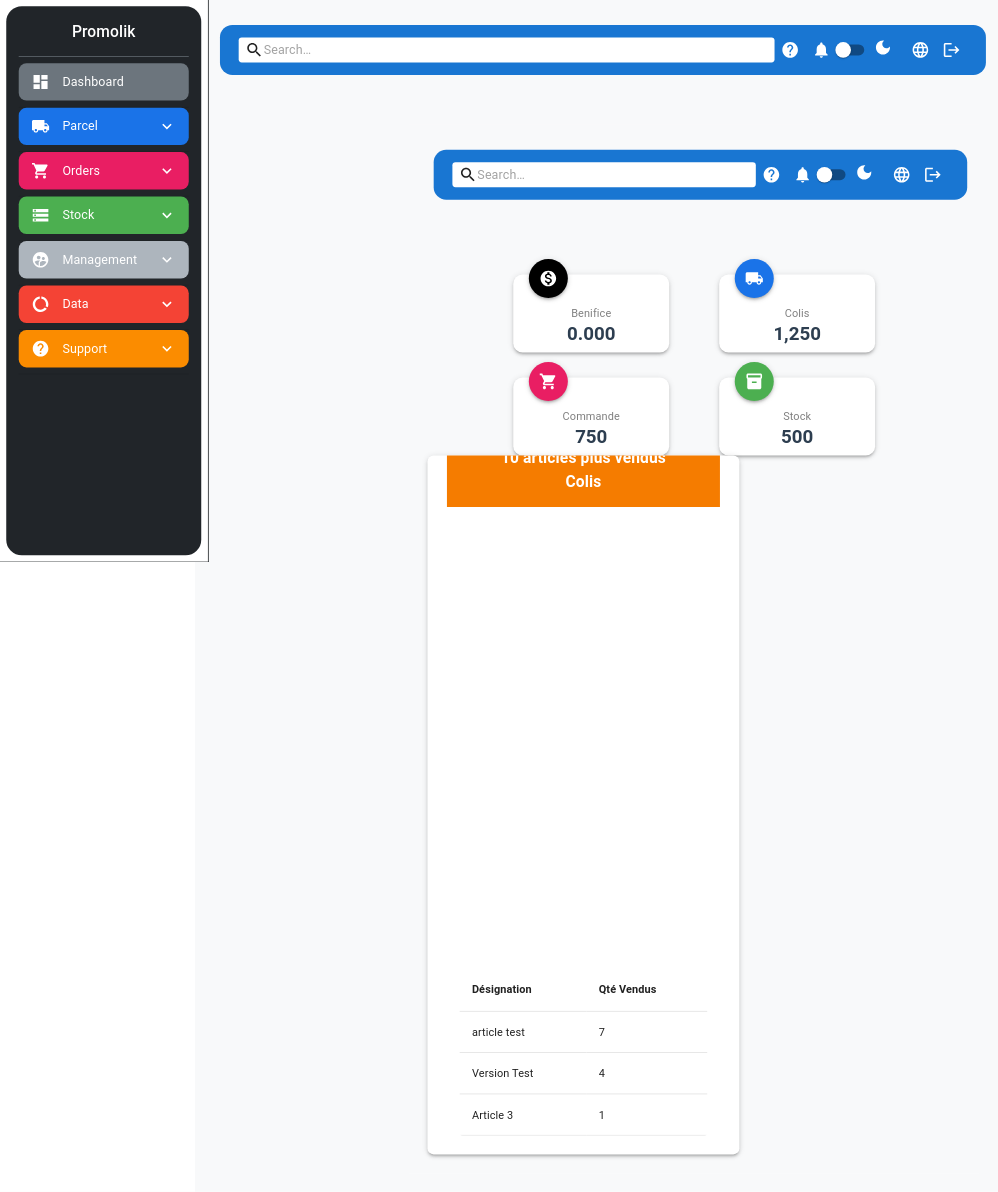
Repository: yosrjdly/stk
Page: /dashboard (app in dashboard/)
An editor plug-in stored every save of this project. The page is shown before and after the next save, followed by the edit.
The browser window is 1280 px wide. The pictures show the whole page, at 78% of full size.
The project was rebuilt for these pictures with package versions that can differ from the ones it lists, and the page was loaded fresh each time. The framework's server and built-in components were replaced by stand-ins that run in the browser. Also part of the build but not shown: dashboard/next.config.ts.

Above is the page before, as saved 2025-02-14 18:22:58.

### dashboard/src/app/dashboard/Layout.tsx
"use client";

import { Box, CssBaseline, Toolbar } from "@mui/material";
import Sidebar from "../../componenets/sidebar/SideBar";
import Navbar from "../../componenets/navbar/Navbar"; // Assuming you have a Navbar component
import { ReactNode } from "react";

interface LayoutProps {
  children: ReactNode;
}

export default function Layout({ children }: LayoutProps) {
  return (
    <Box sx={{ display: "flex" }}>
      <CssBaseline />

      {/* Sidebar (Permanent) */}
      <Sidebar />

      {/* Main Content Area */}
      <Box
        component="main"
        sx={{

          flexGrow: 1,
          p: 3,
          width: `calc(100% - 250px)`, // Adjusting main content width to fit sidebar
          backgroundColor: "#f8f9fa",
          minHeight: "100vh",
        }}
      >
        {/* Navbar */}
        <Navbar />

        {/* Page Content */}
        <Toolbar /> {/* Keeps content from being hidden behind Navbar */}
        {children}
      </Box>
    </Box>
  );
}

### dashboard/src/app/dashboard/page.tsx
import DashboardStats from "@/componenets/cards/smallCard/StatisticCard";
import Layout from "../dashboard/Layout";
import TopSellingCard from "@/componenets/cards/mediumCard/TopSellingCard";

export default function DashboardHome() {
  return (
    <Layout>
    <DashboardStats/>
    <TopSellingCard/>
    </Layout>
  );
}

### dashboard/src/componenets/sidebar/SideBar.tsx
"use client";

import { useState } from "react";
import { useRouter, usePathname } from "next/navigation";
import {
  Drawer,
  List,
  ListItemButton,
  ListItemText,
  Collapse,
  Divider,
  Typography,
  Box,
  IconButton,
} from "@mui/material";
import { ExpandLess, ExpandMore, Brightness4, Brightness7 } from "@mui/icons-material";
import DashboardIcon from '@mui/icons-material/Dashboard';
import LocalShippingIcon from '@mui/icons-material/LocalShipping';
import ShoppingCartIcon from '@mui/icons-material/ShoppingCart';
import StorageIcon from '@mui/icons-material/Storage';
import SupervisedUserCircleIcon from '@mui/icons-material/SupervisedUserCircle';
import DataUsageIcon from '@mui/icons-material/DataUsage';
import HelpIcon from '@mui/icons-material/Help';

const menuItems = [
  {
    title: "Dashboard",
    path: "/dashboard",
    color: "#6c757d",
    icon: <DashboardIcon />,
  },
  {
    title: "Parcel",
    subItems: [
      { title: "Exchange List", path: "/dashboard/parcel/exchangeList" },
      { title: "Exchange Return", path: "/dashboard/parcel/exchangeReturn" },
      { title: "Exchange Creation", path: "/dashboard/parcel/exchangeCreation" },
      { title: "Package Creation", path: "/dashboard/parcel/packageCreation" },
      { title: "Package Edit", path: "/dashboard/parcel/packageEdit" },
      { title: "Package List", path: "/dashboard/parcel/packageList" },
      { title: "Parcel Return", path: "/dashboard/parcel/parcelReturn" },
    ],
    color: "#1a73e8",
    icon: <LocalShippingIcon />,
  },
  {
    title: "Orders",
    subItems: [
      { title: "Cash Sale", path: "/dashboard/orders/cashSale" },
      { title: "Orders", path: "/dashboard/orders/orders" },
    ],
    color: "#e91e63",
    icon: <ShoppingCartIcon />,
  },
  {
    title: "Stock",
    subItems: [
      { title: "Add Article", path: "/dashboard/stock/addArticle" },
      { title: "Entred Stock", path: "/dashboard/stock/entredStock" },
      { title: "Notification", path: "/dashboard/stock/notification" },
      { title: "Stock", path: "/dashboard/stock/stock" },
    ],
    color: "#4caf50",
    icon: <StorageIcon />,
  },
  {
    title: "Management",
    subItems: [
      { title: "Delivery Company", path: "/manegement/deliveryCompany" },
      { title: "Profile", path: "/dashboard/management/profile" },
      { title: "Profit", path: "/dashboard/management/profit" },
      { title: "Spending", path: "/dashboard/management/spending" },
      { title: "User", path: "/dashboard/management/user" },
    ],
    color: "#adb5bd",
    icon: <SupervisedUserCircleIcon />,
  },
  {
    title: "Data",
    subItems: [
      { title: "Archived Parcel", path: "/dashboard/data/archivedParcel" },
      { title: "Command Deleted", path: "/dashboard/data/commandDeleted" },
      { title: "Deleted Parcel", path: "/dashboard/data/deletedParcel" },
      { title: "Inventory Removed", path: "/dashboard/data/inventoryRemoved" },
    ],
    color: "#f44335",
    icon: <DataUsageIcon />,
  },
  {
    title: "Support",
    subItems: [
      { title: "About Us", path: "/dashboard/support/aboutUs" },
      { title: "Claims", path: "/dashboard/support/claims" },
      { title: "User Guide", path: "/dashboard/support/userGuide" },
    ],
    color: "#fb8c00",
    icon: <HelpIcon />,
  },
];

export default function Sidebar() {
  const router = useRouter();
  const pathname = usePathname();
  const [openSections, setOpenSections] = useState<Record<string, boolean>>({});

  const toggleSection = (title: string) => {
    setOpenSections((prev) => ({
      ...prev,
      [title]: !prev[title],
    }));
  };

  return (
    <Drawer variant="permanent" sx={{ width: 250, flexShrink: 0, marginTop: 2 }}>
      <Box sx={{ height: "100%", width: 250, padding: 2, backgroundColor: "#212529", borderRadius: 5, margin: 1 }}>
        <Typography variant="h6" sx={{ color: "white", textAlign: "center", mb: 2 }}>
          Promolik
        </Typography>
        <Divider sx={{ backgroundColor: "#6c757d" }} />
        <List>
          {menuItems.map((item, index) => {
            const isParentActive = item.subItems?.some((subItem) => pathname === subItem.path);

            return (
              <div key={index}>
                {item.subItems ? (
                  <>
                    <ListItemButton
                      sx={{
                        backgroundColor: item.color,
                        borderRadius: "10px",
                        marginBottom: 1,
                        color: "white",
                      }}
                      onClick={() => toggleSection(item.title)}
                    >
                      {item.icon}
                      <ListItemText primary={item.title} sx={{ ml: 2 }} />
                      {openSections[item.title] ? <ExpandLess /> : <ExpandMore />}
                    </ListItemButton>
                    <Collapse in={openSections[item.title]} timeout="auto" unmountOnExit>
                      <List component="div" disablePadding>
                        {item.subItems.map((subItem, subIndex) => (
                          <ListItemButton
                            key={subIndex}
                            sx={{
                              pl: 4,
                              backgroundColor: pathname === subItem.path ? item.color : "transparent",
                              borderRadius: pathname === subItem.path ? "10px" : "0px",
                              marginBottom: 1,
                              color: pathname === subItem.path ? "white" : "#ccc",
                            }}
                            onClick={() => router.push(subItem.path)}
                          >
                            <ListItemText primary={subItem.title} />
                          </ListItemButton>
                        ))}
                      </List>
                    </Collapse>
                  </>
                ) : (
                  <ListItemButton
                    sx={{
                      backgroundColor: pathname === item.path ? item.color : "transparent",
                      borderRadius: pathname === item.path ? "10px" : "0px",
                      marginBottom: 1,
                      color: pathname === item.path ? "white" : "#ccc",
                    }}
                    onClick={() => router.push(item.path)}
                  >
                    {item.icon}
                    <ListItemText primary={item.title} sx={{ ml: 2 }} />
                  </ListItemButton>
                )}
                <Divider />
              </div>
            );
          })}
        </List>
      </Box>
    </Drawer>
  );
}

### dashboard/src/componenets/navbar/Navbar.tsx
'use client';

import React, { useState } from 'react';
import { AppBar, Toolbar, IconButton, InputBase, Menu, MenuItem, Switch, FormControlLabel } from '@mui/material';
import { Search as SearchIcon, Help as HelpIcon, Notifications as NotificationsIcon, Language as LanguageIcon, Logout as LogoutIcon, DarkMode as DarkModeIcon } from '@mui/icons-material';
import { useTheme } from '@mui/material/styles';

const Navbar = () => {
  const [anchorEl, setAnchorEl] = useState(null);
  const [themeMode, setThemeMode] = useState(false); // Dark mode state

  const theme = useTheme();

  const handleMenuOpen = (event) => {
    setAnchorEl(event.currentTarget);
  };

  const handleMenuClose = () => {
    setAnchorEl(null);
  };

  const toggleTheme = () => {
    setThemeMode((prev) => !prev);
    // You can add a theme switcher logic here (like changing the theme color)
  };

  return (
    <AppBar
      position="sticky"
      sx={{
        mx: 1,
        mt: 1,
        borderRadius: '16px',
        boxShadow: 'none',
        backdropFilter: 'blur(10ppx',
        zIndex: 1200,
      }}
    >
      <Toolbar>
        {/* Search Bar */}
        <InputBase
          placeholder="Search…"
          startAdornment={<SearchIcon />}
          sx={{ flexGrow: 1, backgroundColor: theme.palette.background.default, borderRadius: '4px', paddingLeft: '8px' }}
        />

        {/* Help Icon */}
        <IconButton color="inherit" onClick={handleMenuOpen}>
          <HelpIcon />
        </IconButton>

        {/* Notifications Icon */}
        <IconButton color="inherit">
          <NotificationsIcon />
        </IconButton>

        {/* Theme Switch */}
        <FormControlLabel
          control={<Switch checked={themeMode} onChange={toggleTheme} />}
          label={<DarkModeIcon />}
        />

        {/* Language Icon */}
        <IconButton color="inherit">
          <LanguageIcon />
        </IconButton>

        {/* Logout Icon */}
        <IconButton color="inherit">
          <LogoutIcon />
        </IconButton>
      </Toolbar>

      {/* Help Icon Menu */}
      <Menu
        anchorEl={anchorEl}
        open={Boolean(anchorEl)}
        onClose={handleMenuClose}
      >
        <MenuItem onClick={handleMenuClose}>Help Center</MenuItem>
        <MenuItem onClick={handleMenuClose}>Contact Support</MenuItem>
      </Menu>
    </AppBar>
  );
};

export default Navbar;

### dashboard/src/componenets/cards/smallCard/StatisticCard.tsx
'use client';

import React from 'react';
import { Card, CardContent, Typography, Box } from '@mui/material';
import MonetizationOnIcon from '@mui/icons-material/MonetizationOn';
import LocalShippingIcon from '@mui/icons-material/LocalShipping';
import ShoppingCartIcon from '@mui/icons-material/ShoppingCart';
import InventoryIcon from '@mui/icons-material/Inventory';

const StatisticCard = ({
  title,
  value,
  icon,
  bgColor,
}: {
  title: string;
  value: string;
  icon: React.ReactNode;
  bgColor: string;
}) => {
  return (
    <Box sx={{ position: 'relative', display: 'inline-block', mx: 2 }}>
      {/* Floating Icon */}
      <Box
        sx={{
          position: 'absolute',
          top: -20,
          left: 20,
          width: 50,
          height: 50,
          borderRadius: '50%',
          backgroundColor: bgColor,
          display: 'flex',
          alignItems: 'center',
          justifyContent: 'center',
          boxShadow: 3,
        }}
      >
        {icon}
      </Box>

      {/* Card */}
      <Card
        sx={{
          width: 200,
          height: 100,
          borderRadius: 3,
          textAlign: 'center',
          boxShadow: 3,
          backgroundColor: 'white',
          pt: 3,
        }}
      >
        <CardContent>
          <Typography variant="body2" sx={{ color: 'gray' }}>
            {title}
          </Typography>
          <Typography variant="h5" sx={{ fontWeight: 'bold', color: '#2D3E50' }}>
            {value}
          </Typography>
        </CardContent>
      </Card>
    </Box>
  );
};

const DashboardStats = () => {
  const stats = [
    { title: 'Benifice', value: '0.000', icon: <MonetizationOnIcon sx={{ color: 'white' }} />, bgColor: 'black' },
    { title: 'Colis', value: '1,250', icon: <LocalShippingIcon sx={{ color: 'white' }} />, bgColor: '#1a73e8' },
    { title: 'Commande', value: '750', icon: <ShoppingCartIcon sx={{ color: 'white' }} />, bgColor: '#e91e63' },
    { title: 'Stock', value: '500', icon: <InventoryIcon sx={{ color: 'white' }} />, bgColor: '#4caf50' },
  ];

  return (
    <Box display="flex" justifyContent="center" gap={4} flexWrap="wrap" mt={4}>
      {stats.map((stat, index) => (
        <StatisticCard key={index} title={stat.title} value={stat.value} icon={stat.icon} bgColor={stat.bgColor} />
      ))}
    </Box>
  );
};

export default DashboardStats;

### dashboard/src/componenets/cards/mediumCard/TopSellingCard.tsx
"use client";

import { Card, CardContent, Typography, Table, TableBody, TableCell, TableContainer, TableHead, TableRow, Paper, Box } from "@mui/material";

const data = [
  { name: "article test", quantity: 7 },
  { name: "Version Test", quantity: 4 },
  { name: "Article 3", quantity: 1 },
];

const TopSellingCard = () => {
  return (
    <Card sx={{ width: 400, borderRadius: 2, boxShadow: 3, overflow: "hidden", display: "flex", flexDirection: "column", alignItems: "center", justifyContent: "center", position: "relative" }}>
      <CardContent sx={{ backgroundColor: "#f57c00", color: "white", textAlign: "center", padding: 2, width: 350, position: "absolute", top: -30 }}>
        <Typography variant="h6" fontWeight="bold">
          10 articles plus vendus
        </Typography>
        <Typography variant="h6" fontWeight="bold">
          Colis
        </Typography>
      </CardContent>
      <CardContent sx={{ width: 350, marginTop: 80 }}>
        <TableContainer component={Paper} elevation={0} sx={{ boxShadow: "none" }}>
          <Table>
            <TableHead>
              <TableRow>
                <TableCell sx={{ fontWeight: "bold" }}>Désignation</TableCell>
                <TableCell sx={{ fontWeight: "bold" }}>Qté Vendus</TableCell>
              </TableRow>
            </TableHead>
            <TableBody>
              {data.map((item, index) => (
                <TableRow key={index}>
                  <TableCell>{item.name}</TableCell>
                  <TableCell>{item.quantity}</TableCell>
                </TableRow>
              ))}
            </TableBody>
          </Table>
        </TableContainer>
      </CardContent>
    </Card>
  );
};

export default TopSellingCard;

Loaded but not shown: dashboard/src/app/layout.tsx (common file); dashboard/src/app/globals.css (common file)

After the next save:
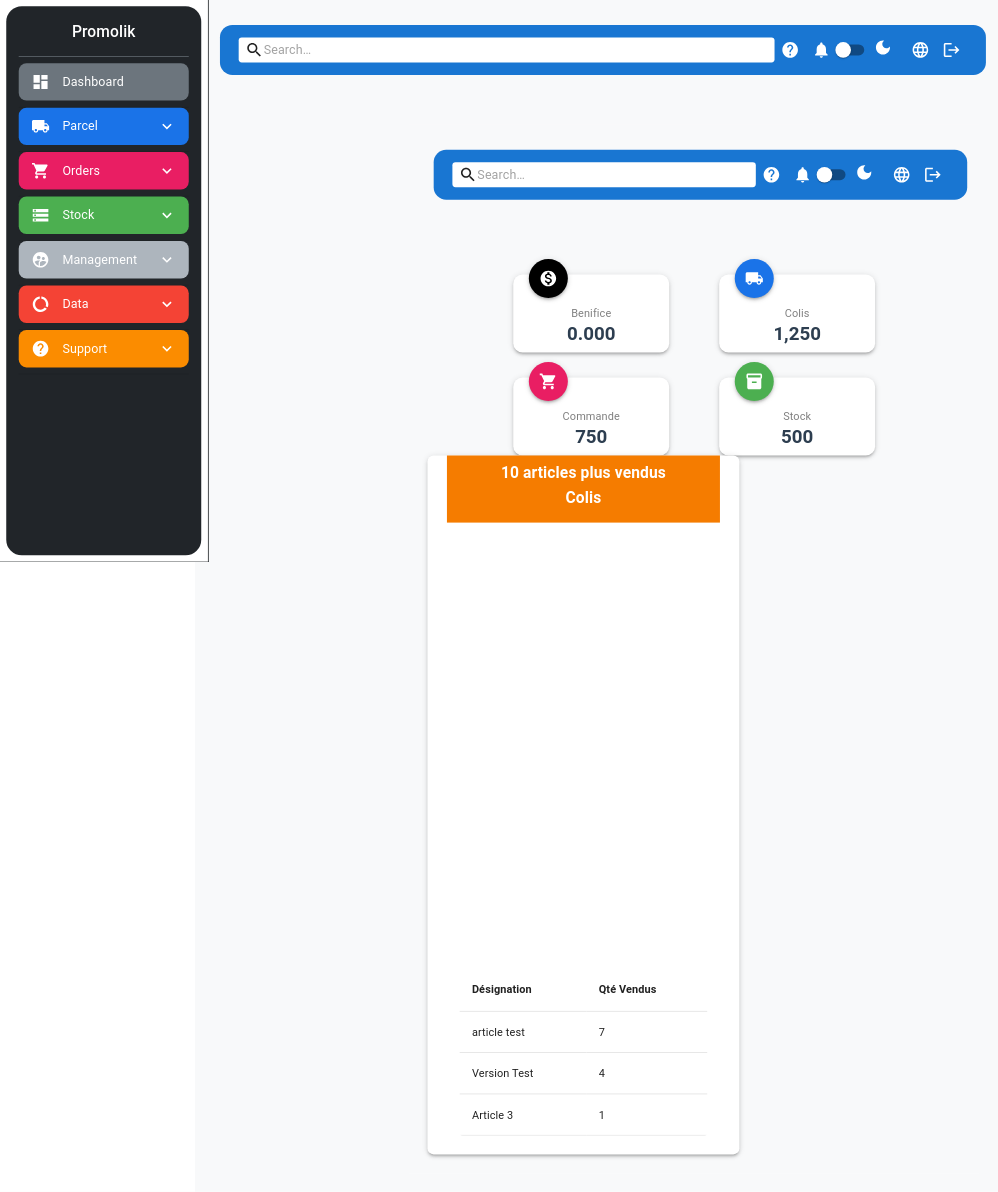
Saved 4 s later.
--- a/dashboard/src/componenets/cards/mediumCard/TopSellingCard.tsx
+++ b/dashboard/src/componenets/cards/mediumCard/TopSellingCard.tsx
@@ -11,7 +11,7 @@ const data = [
 const TopSellingCard = () => {
   return (
     <Card sx={{ width: 400, borderRadius: 2, boxShadow: 3, overflow: "hidden", display: "flex", flexDirection: "column", alignItems: "center", justifyContent: "center", position: "relative" }}>
-      <CardContent sx={{ backgroundColor: "#f57c00", color: "white", textAlign: "center", padding: 2, width: 350, position: "absolute", top: -30 }}>
+      <CardContent sx={{ backgroundColor: "#f57c00", color: "white", textAlign: "center", padding: 2, width: 350, position: "absolute", top: -10 }}>
         <Typography variant="h6" fontWeight="bold">
           10 articles plus vendus
         </Typography>
